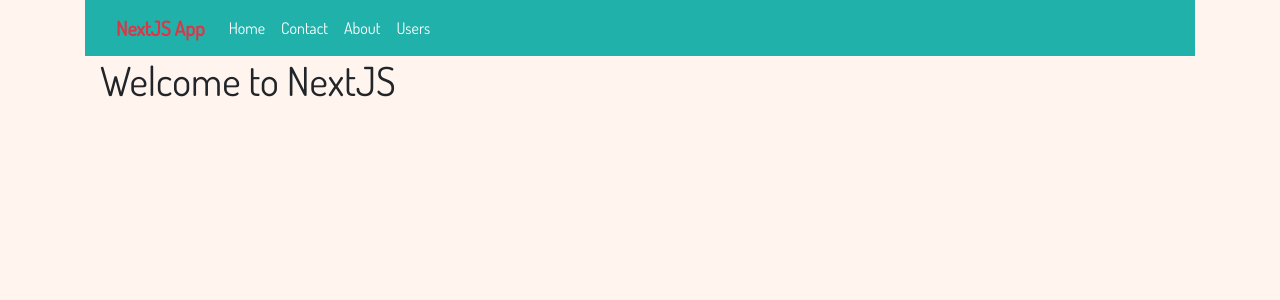
Repository: CaptainStorm21/NextJS-React16
Page: /
The author's editor kept a copy of each file at every save. The page is drawn from the files as they stood at one save, then again after a run of saves.
The browser window is 1280 px wide. The pictures show the whole page.
The page's requests for data from a server got no answer. The project was rebuilt for these pictures with package versions that can differ from the ones it lists, and the page was loaded fresh each time. The framework's server and built-in components were replaced by stand-ins that run in the browser. No one was signed in, and anything a server would have sent is missing. Also part of the build but not shown: styles/main.css.

Above is the page before, as saved 2020-06-10 17:42:04.

### pages/index.js
import React, { Component } from "react";
import axios from "axios";
import MainLayout from "../components/layouts/MainLayout";
// import '../styles/main.css'
import MyStyle from '../styles/main.css';

export default class Home extends Component {
  static async getInitialProps({ pathname, query, asPath, req, res }) {
    let userData;

    try {
      const response = await axios.get(
        "http://jsonplaceholder.typicode.com/users/1"
      );
      userData = response.data;
      // console.log('getting loaded first')
      // console.log(userData)
    } catch {
      console.log("error");
    }
    // const request = axios.get('http://jsonplaceholder.typicode.com/users/1')
    //   .then(response => {
    //                             console.log(response.data)
    //                           })
    // console.log(context);

    console.log(pathname);
    console.log(res);
    console.log(req);

    return {
      user: {
        name: "Francis",
        lastName: "Medici",
      },
      userData,
    };
  }
  constructor(props) {
    super(props);
    // console.log("constructor");
    console.log(this.props.user);
    this.state = {
      user: this.props.user,
      userData: this.props.userData,
    };
  }
  render() {
    console.log(this.props.user);
    console.log(this.state);
    return (
      <>
        <MainLayout>
          <h1 className={MyStyle.superAwesome}>Welcome to NextJS</h1>
        </MainLayout>
      </>
    );
  }
}

### components/layouts/MainLayout.js
import React from "react";
import Header from "../includes/Header";
import Head from "next/head";

const mainLayout = (props) => (
  <>
    <Head>
      <title>Welcomet NextJS App</title>
      <link href="#" rel="stylesheet" />
      <link
        href="https://fonts.googleapis.com/css2?family=Dosis&display=swap"
        rel="stylesheet"
      />
      <link
        href="https://cdnjs.cloudflare.com/ajax/libs/twitter-bootstrap/4.3.1/css/bootstrap.min.css"
        rel="stylesheet"
      />
      <link href="/static/css/styles.css" rel="stylesheet" />
    </Head>
    <div className="mainLayout container">
      <Header />
      <div className="container">{props.children}</div>
    </div>
  </>
);

export default mainLayout;

### components/includes/Header.js
import React, { Component } from "react";
import Link from "next/link";

const Header = () => (
  <>
    <header>
      <div className="container">
        <nav className="navbar navbar-expand-lg navbar-light">
          <Link href="/">
            <a className="navbar-brand">NextJS App</a>
          </Link>

          <div className="collapse navbar-collapse">
            <div className="navbar-nav">
              <Link href="/">
                <a className="nav-item nav-link">Home</a>
              </Link>
              <Link href="/contact">
                <a className="nav-item nav-link">Contact</a>
              </Link>
              <Link href="/about">
                <a className="nav-item nav-link">About</a>
              </Link>
              <Link href="/users">
                <a className="nav-item nav-link">Users</a>
              </Link>
            </div>
          </div>
        </nav>
      </div>
    </header>
  </>
);

export default Header;

### static/css/styles.css
.contact_static {
  color: green;
  background-color: yellow;
}

header {
  background: #333333;
}

header .navbar-brand {
  color: #dc3545 !important;
  font-weight: 900;
}

header .navbar-nav .nav-item {
  color: #ffffff !important;
}

body {
  font-family: "Dosis", sans-serif;
  background-color:  seashell;
}

header {
  background: lightseagreen;
}

After the next 4 saves:
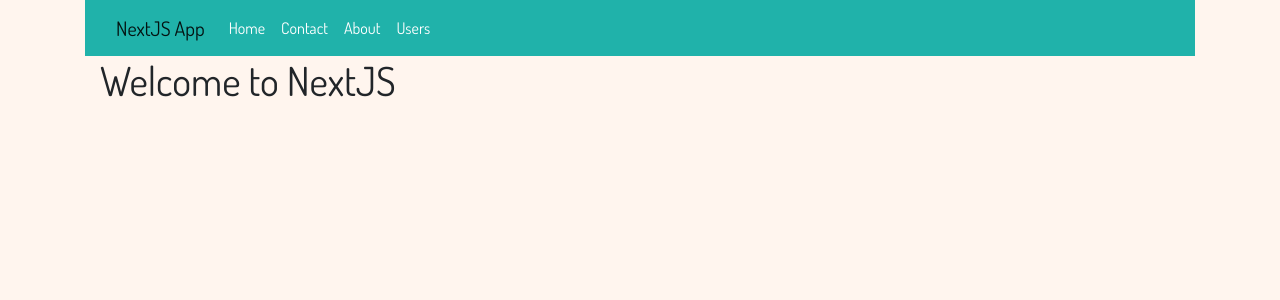
The 4 saves are shown as one change because they came seconds apart.
The last was saved 24 s later.
--- a/static/css/styles.css
+++ b/static/css/styles.css
@@ -8,7 +8,7 @@ header {
 }
 
 header .navbar-brand {
-  color: #dc3545 !important;
+  color: dar
   font-weight: 900;
 }
 
